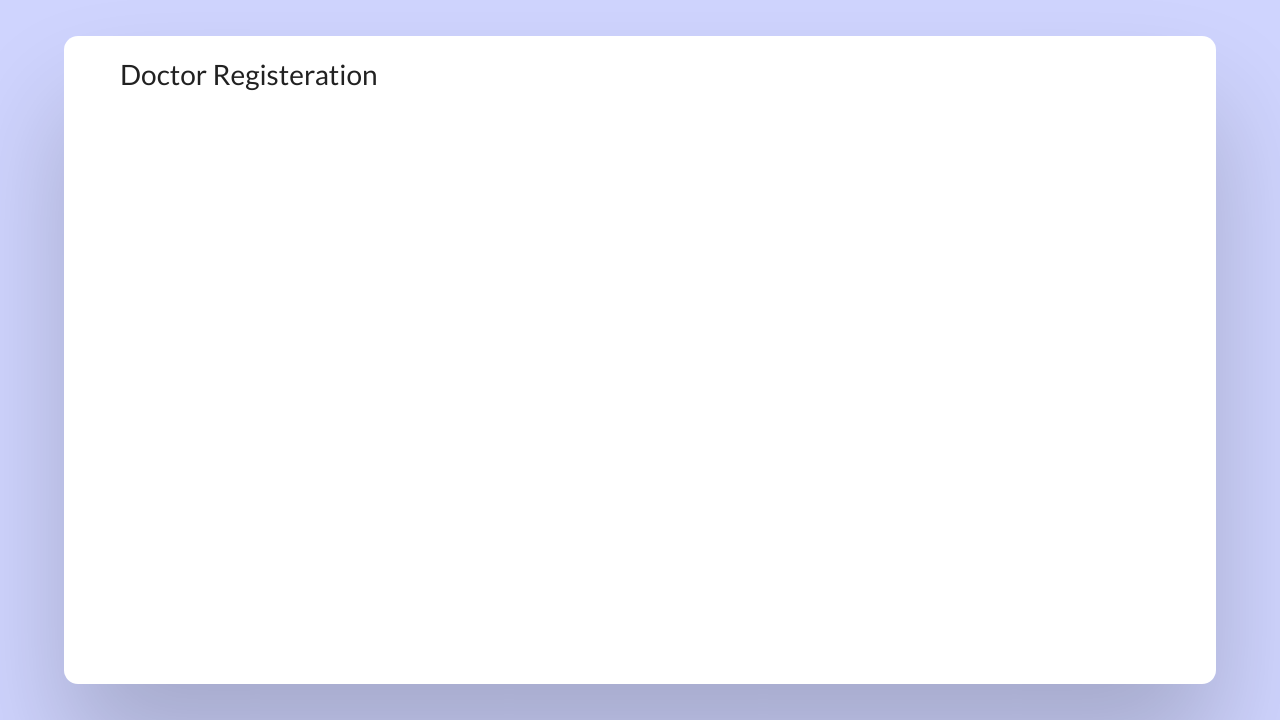
Repository: ajayaj2001/healthcare-digitization
Page: /doctorForm
The author's editor kept a copy of each file at every save. The page is drawn from the files as they stood at one save, then again after the next save.
The browser window is 1280 px wide. The pictures show the whole page.
The project was rebuilt for these pictures with package versions that can differ from the ones it lists, and the page was loaded fresh each time. Also part of the build but not shown: src/component/userType/UserType.scss, src/component/userType/UserType.js, src/component/login/Login.scss, src/component/login/loginForm/LoginForm.scss, src/component/login/loginForm/LoginForm.js, src/component/login/Login.js, src/component/register/Register.scss, src/component/register/registerForm/RegisterForm.scss and 2 more.

Above is the page before, as saved 2021-03-13 10:36:05.

### public/index.html
<!DOCTYPE html>
<html lang="en">

<head>
  <meta charset="utf-8" />
  <meta name="viewport" content="width=device-width, initial-scale=1" />
  <meta name="theme-color" content="#000000" />
  <meta name="description" content="Web site created using create-react-app" />
  <link rel="stylesheet" href="https://fonts.googleapis.com/css?family=Roboto:300,400,500,700&display=swap" />
  <link rel="stylesheet" href="https://fonts.googleapis.com/icon?family=Material+Icons" />

  <!--
      manifest.json provides metadata used when your web app is installed on a
      user's mobile device or desktop. See https://developers.google.com/web/fundamentals/web-app-manifest/
    -->
  <!-- <link rel="manifest" href="%PUBLIC_URL%/manifest.json" /> -->
  <!--
      Notice the use of %PUBLIC_URL% in the tags above.
      It will be replaced with the URL of the `public` folder during the build.
      Only files inside the `public` folder can be referenced from the HTML.

      Unlike "/favicon.ico" or "favicon.ico", "%PUBLIC_URL%/favicon.ico" will
      work correctly both with client-side routing and a non-root public URL.
      Learn how to configure a non-root public URL by running `npm run build`.
    -->
  <title>medical</title>
</head>

<body>
  <noscript>You need to enable JavaScript to run this app.</noscript>
  <div id="root"></div>
  <!--
      This HTML file is a template.
      If you open it directly in the browser, you will see an empty page.

      You can add webfonts, meta tags, or analytics to this file.
      The build step will place the bundled scripts into the <body> tag.

      To begin the development, run `npm start` or `yarn start`.
      To create a production bundle, use `npm run build` or `yarn build`.
    -->
</body>

</html>

### src/index.js
import React from 'react';
import ReactDOM from 'react-dom';
import './index.scss';
import App from './component/app/App';
import 'semantic-ui-css/semantic.min.css'


ReactDOM.render(
  // <React.StrictMode>
    <App />
  // </React.StrictMode>
  ,
  document.getElementById('root')
);

### src/index.scss
code {
  font-family: source-code-pro, Menlo, Monaco, Consolas, "Courier New", monospace;
}
@mixin respond($breakpoint) {
  @if $breakpoint == phone {
    @media (max-width: 37.5em) {
      @content;
    }
  }

  @if $breakpoint == tab-land {
    @media (max-width: 75em) {
      @content;
    }
  }
  @if $breakpoint == tab-port {
    @media (max-width: 56.25em) {
      @content;
    }
  }
  @if $breakpoint == big-desktop {
    @media (min-width: 112.5em) {
      @content;
    }
  }
}

*,
*::after,
*::before {
  margin: 0;
  padding: 0;
  box-sizing: inherit;
}
body {
  font-family: "Lato", sans-serif;
  font-weight: 400;
  font-size: 16px;
  line-height: 1.7;
  color: #777;
  //padding: 30px;
  box-sizing: border-box;
  @include respond(tab-port) {
    padding: 0;
  }
}

html {
  font-size: 62.5%; //1rem=10px 10px/16px=62.5%
  @include respond(tab-land) {
    //width <1200
    font-size: 56.25%; //1rem=9px
  }
  @include respond(tab-port) {
    //<width <900
    font-size: 50%; //1rem=8px
  }
  // @include respond(phone) {
  //     //<width<600
  //     font-size: 40%; //1rem=4.8px
  // }
  @include respond(big-desktop) {
    //>1200
    font-size: 75%; //1rem=12
  }
}

### src/component/app/App.js
import './App.scss';

import UserType from "../userType/UserType";
import Login from '../login/Login';
import Register from '../register/Register';
import { BrowserRouter as Router,Route,Switch } from 'react-router-dom';
import DoctorForm from '../doctorForm/DoctorForm';

function App() {
  return (
    <Router>
       <Switch>
          <Route path="/login">
           <Login/>
          </Route>
          <Route path="/register">
           <Register/>
          </Route>
          <Route path="/doctorForm">
            <DoctorForm/>
          </Route>
          <Route path="/">
            <UserType/>
          </Route>

        </Switch>
    {/* <div className="App">
    </div> */}
    </Router>
  );
}

export default App;

### src/component/doctorForm/DoctorForm.js
import React from 'react'
import './DoctorForm.scss'
import { Form, Input, TextArea, Button, Select } from 'semantic-ui-react'

const DoctorForm = () => {
    return (
        <div className="doctorForm__container">
            <div className="doctorForm__main">
                <div className="doctorForm__heading">Doctor Registeration</div>
            </div>
        </div>
    )
}

export default DoctorForm

### src/component/doctorForm/DoctorForm.scss
.doctorForm{
    &__container{
        margin: 0;
        background-color: #cfd4fe;
        height: 100vh;
        display: flex;
        justify-content: center;
        align-items: center;
    }
    &__main{
        background-color: white;
        width: 90%;
        height: 90%;
        border-radius: 1rem;
        align-items: center;
        overflow: hidden;
        box-shadow: 0 5rem 8rem rgba(black, 0.2);
    }
   &__heading{
       font-size: 2rem;
       padding: 2rem 0rem 2rem 4rem;
   }
}

Loaded but not shown: src/component/app/App.scss (no stored copy; drawn as an empty file)

After the next save:
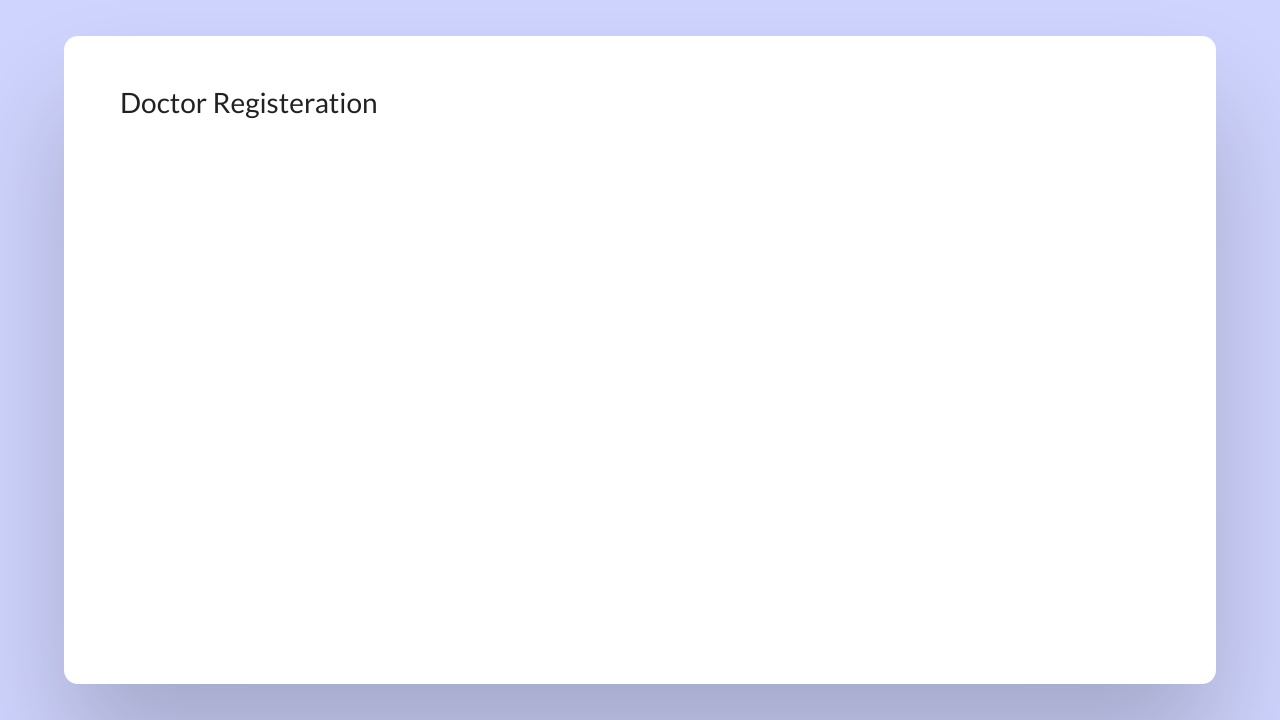
Saved 4 s later.
--- a/src/component/doctorForm/DoctorForm.scss
+++ b/src/component/doctorForm/DoctorForm.scss
@@ -18,6 +18,6 @@
     }
    &__heading{
        font-size: 2rem;
-       padding: 2rem 0rem 2rem 4rem;
+       padding: 4rem 0rem 2rem 4rem;
    }
 }
